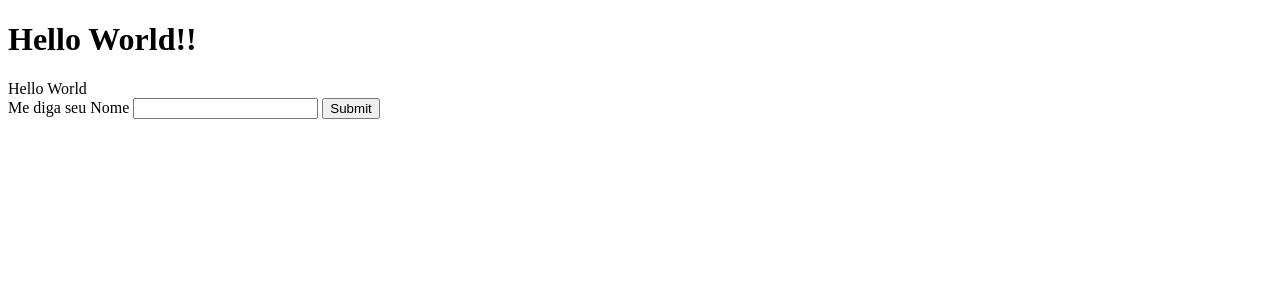
Repository: kawanwagnner/estudos_java
Page: http://localhost/FicSabado/
These files come from the project's save history. The page is drawn as it stood at one moment and after the next save; the edit follows.
The browser window is 1280 px wide. The pictures show the whole page.
The page is served by Tomcat 9.

Above is the page before, as saved 2024-02-17 20:47:24.

After the next save:
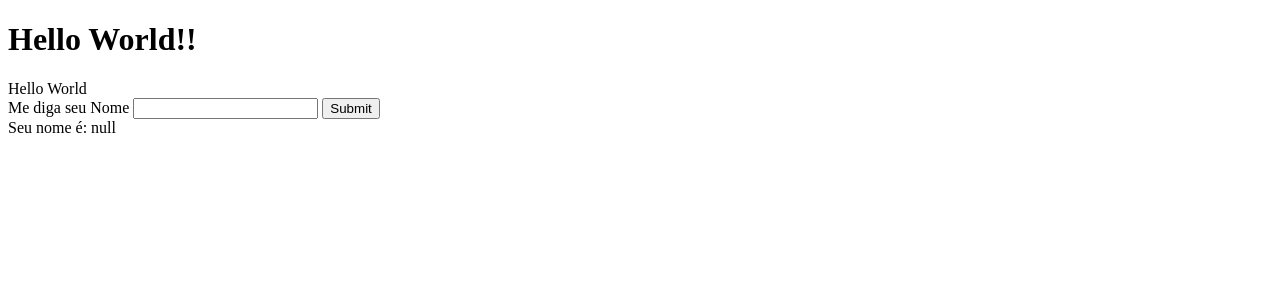
Saved 73 s later.
--- a/FicSabado/src/main/webapp/index.jsp
+++ b/FicSabado/src/main/webapp/index.jsp
@@ -18,5 +18,9 @@
 		<input name="sometxt" type="text" />
 		<input type="submit" placeholder="Enviar" />
 	</form>
+	<%
+		String nome = request.getParameter("nometxt");
+		out.println("Seu nome é: " + nome);
+	%>
 </body>
 </html>
